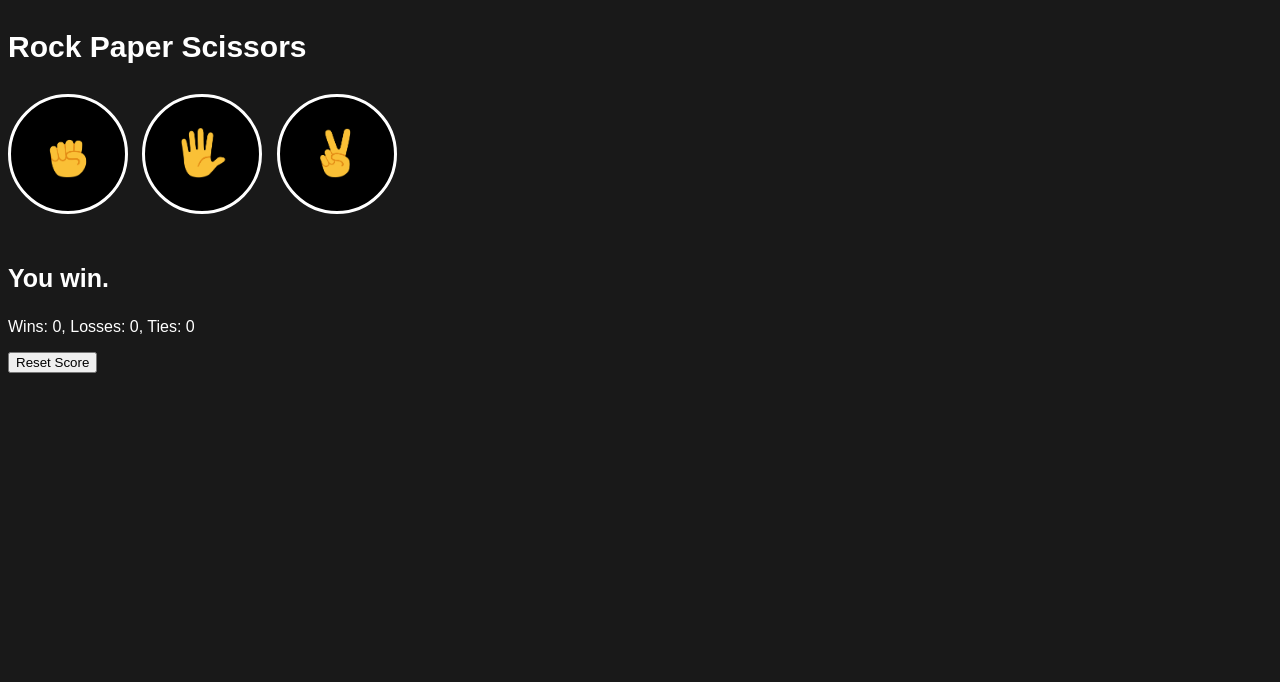
Repository: Samkiroko/Javascript-course
Page: 10-rock-paper-scissior.html
The author's editor kept a copy of each file at every save. The page is drawn from the files as they stood at one save, then again after the next save.
The browser window is 1280 px wide. The pictures show the whole page.

Above is the page before, as saved 2023-08-28 11:29:11.

After the next save:
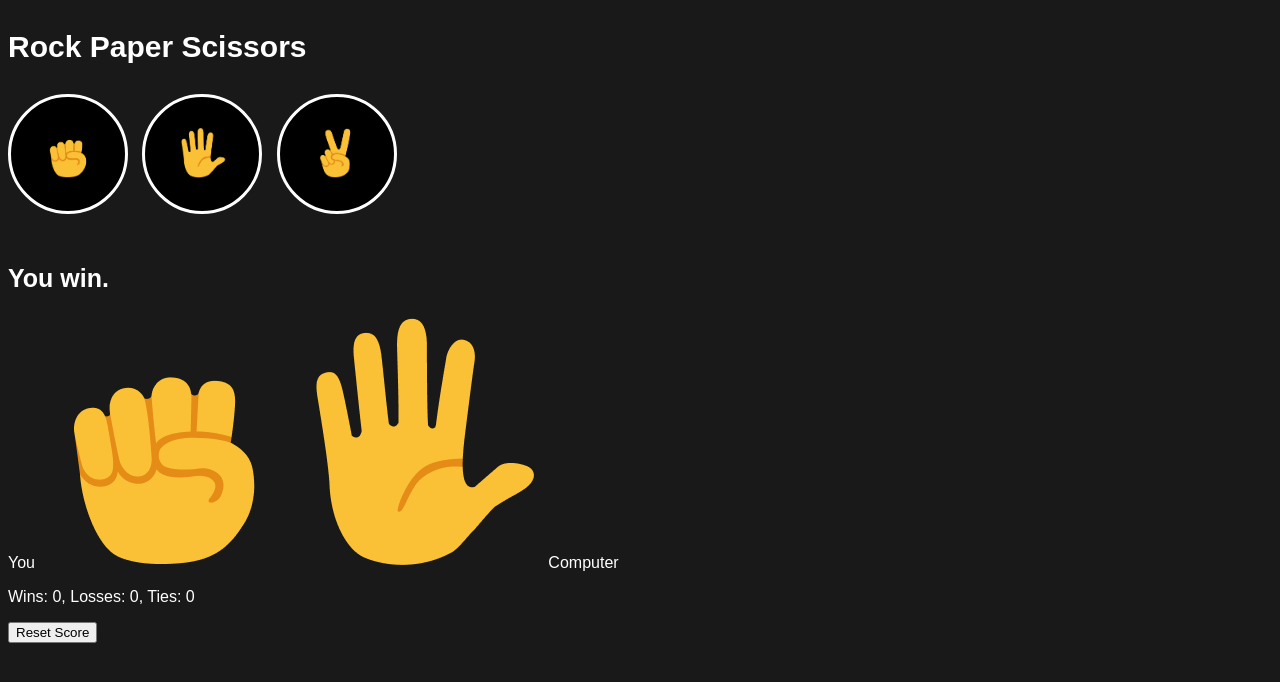
Saved 111 s later.
--- a/10-rock-paper-scissior.html
+++ b/10-rock-paper-scissior.html
@@ -60,7 +60,10 @@
       <img src="/img/scissors-emoji.png" alt="Scissors" class="move-icon" />
     </button>
     <p class="js-result result">You win.</p>
-    <p class="js-moves"></p>
+    <p class="js-moves">
+      You <img src="/img/rock-emoji.png" alt="" />
+      <img src="/img/paper-emoji.png" alt="" /> Computer
+    </p>
     <p class="js-score"></p>
 
     <button
